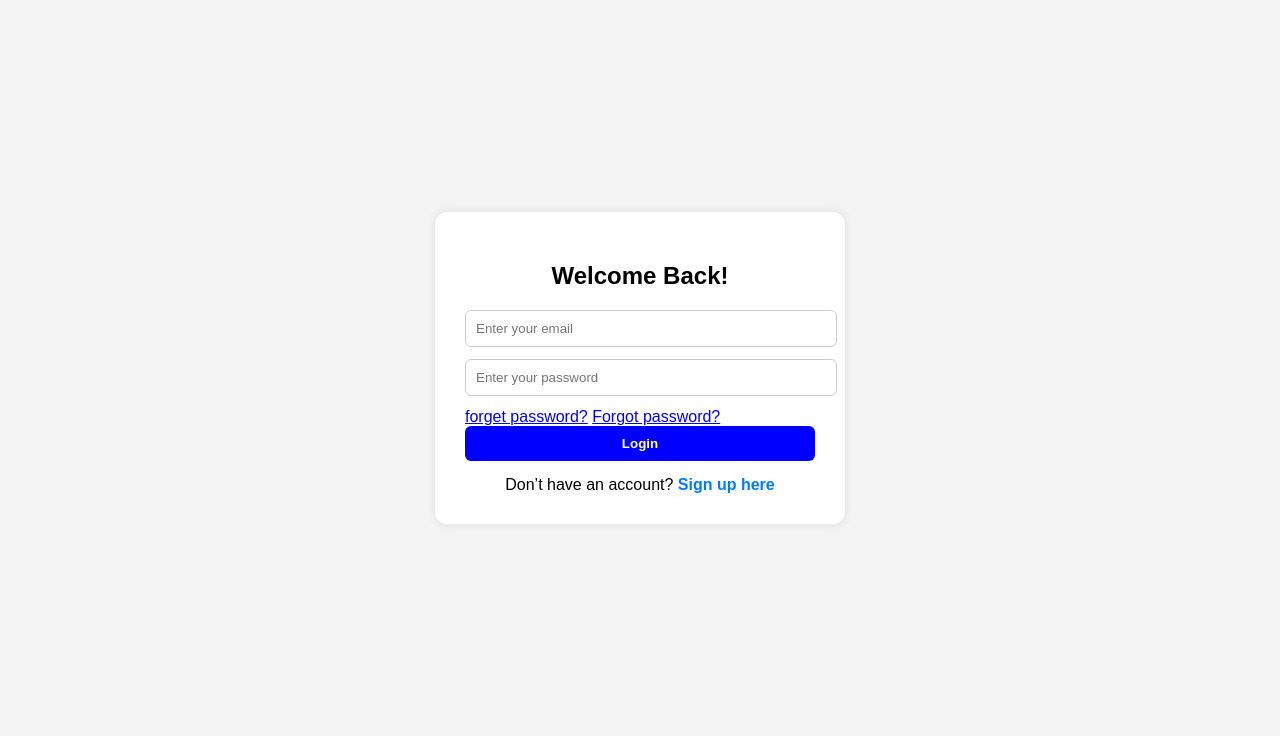
Repository: chennammal15saravanan/Super_Admin
Page: http://localhost/
The author's editor kept a copy of each file at every save. The page is drawn from the files as they stood at one save, then again after a run of saves.
The browser window is 1280 px wide. The pictures show the whole page.
The page is served by the project's application, run on Flask 3 (app.py).

Above is the page before, as saved 2025-06-14 11:14:30.

### templates/loginsignup.html
<!DOCTYPE html>
<html lang="en">
<head>
  <meta charset="UTF-8" />
  <meta name="viewport" content="width=device-width, initial-scale=1.0"/>
  <title>Login & Sign-Up</title>
  <link rel="stylesheet" type="text/css" href="{{ url_for('static', filename='css/login.css') }}">

<body>

  <div class="container">
    <!-- Login Form -->
    <form id="login-form">
      <h2>Welcome Back!</h2>
      <input type="email" id="login-email" placeholder="Enter your email" required />
      <input type="password" id="login-password" placeholder="Enter your password" required />
      <a hreflang="en" href="#" class  ="forget-password">forget password?</a>
      <a href="/forgot-password" class="forget-password">Forgot password?</a>

      <button type="submit">Login</button>
      <div class="toggle-text">
        Don’t have an account? <a onclick="showSignUp()">Sign up here</a>
      </div>
    </form>

    <!-- Sign-Up Form -->
    <form id="signup-form" class="hidden">
      <h2>Create Your Account</h2>
      <input type="text" id="signup-username" placeholder="Enter username" required />
      <input type="email" id="signup-email" placeholder="Enter your email" required />
      <input type="password" id="signup-password" placeholder="Create a password" required />
      <input type="password" id="signup-repassword" placeholder="Re-enter password" required />
      <div class="checkbox">
        <label><input type="checkbox" id="terms" required /> I agree to the Terms</label>
      </div>
      <button type="submit">Sign Up</button>
      <div class="toggle-text">
        Already have an account? <a onclick="showLogin()">Login here</a>
      </div>
    </form>
  </div>

  <script src="{{ url_for('static', filename='js/auth.js') }}"></script>
</body>
</html>

### app.py
from flask import Flask, request, jsonify, render_template
from flask_cors import CORS
import sqlite3
import hashlib

app = Flask(__name__, template_folder="templates")
CORS(app)

# ✅ Serve frontend HTML at root
@app.route("/")
def home():
    return render_template("loginsignup.html")  # Your login/signup page

# ✅ Dashboard route
@app.route("/dashboard")
def dashboard():
    return render_template("dashboard.html")  # Page after successful login

# ✅ Initialize SQLite DB
def init_db():
    conn = sqlite3.connect('users.db')
    c = conn.cursor()
    c.execute('''CREATE TABLE IF NOT EXISTS users (
        id INTEGER PRIMARY KEY AUTOINCREMENT,
        username TEXT,
        email TEXT UNIQUE,
        password TEXT
    )''')
    conn.commit()
    conn.close()

# ✅ Password hashing (SHA256)
def hash_password(password):
    return hashlib.sha256(password.encode()).hexdigest()

# ✅ Signup endpoint
@app.route('/signup', methods=['POST'])
def signup():
    data = request.json
    username = data['username']
    email = data['email']
    password = hash_password(data['password'])

    try:
        conn = sqlite3.connect('users.db')
        c = conn.cursor()
        c.execute("INSERT INTO users (username, email, password) VALUES (?, ?, ?)",
                  (username, email, password))
        conn.commit()
        return jsonify({'status': 'success', 'message': 'User registered successfully'})
    except sqlite3.IntegrityError:
        return jsonify({'status': 'error', 'message': 'Email already exists'})
    finally:
        conn.close()

# ✅ Login endpoint
@app.route('/login', methods=['POST'])
def login():
    data = request.json
    email = data['email']
    password = hash_password(data['password'])

    conn = sqlite3.connect('users.db')
    c = conn.cursor()
    c.execute("SELECT * FROM users WHERE email = ? AND password = ?", (email, password))
    user = c.fetchone()
    conn.close()

    if user:
        return jsonify({'status': 'success', 'message': f'Welcome back, {user[1]}!'})
    else:
        return jsonify({'status': 'error', 'message': 'Invalid email or password'})

# ✅ Start server
if __name__ == '__main__':
    init_db()
    app.run(debug=True)

### static/css/login.css
body {
  font-family: Arial, sans-serif;
  background-color: #f4f4f4;
  display: flex;
  justify-content: center;
  align-items: center;
  height: 100vh;
}

.container {
  width: 350px;
  background: #fff;
  padding: 30px;
  border-radius: 12px;
  box-shadow: 0 0 10px rgba(0,0,0,0.1);
}

h2 {
  text-align: center;
  margin-bottom: 20px;
}

input[type="text"],
input[type="email"],
input[type="password"] {
  width: 100%;
  padding: 10px;
  margin-bottom: 12px;
  border: 1px solid #ccc;
  border-radius: 6px;
}

button {
  width: 100%;
  padding: 10px;
  background-color: blue;
  border: none;
  color: white;
  font-weight: bold;
  border-radius: 6px;
  cursor: pointer;
}

.toggle-text {
  text-align: center;
  margin-top: 15px;
}

.toggle-text a {
  color: #007BFF;
  text-decoration: none;
  font-weight: bold;
  cursor: pointer;
}

.hidden {
  display: none;
}

.checkbox {
  text-align: left;
  font-size: 14px;
}

### static/js/auth.js
// Show Login Form
function showLogin() {
  document.getElementById("signup-form").classList.add("hidden");
  document.getElementById("login-form").classList.remove("hidden");
}

// Show Sign-Up Form
function showSignUp() {
  document.getElementById("login-form").classList.add("hidden");
  document.getElementById("signup-form").classList.remove("hidden");
}

// Login Form Submission
document.getElementById("login-form").addEventListener("submit", async function (e) {
  e.preventDefault();

  const email = document.getElementById("login-email").value;
  const password = document.getElementById("login-password").value;

  try {
    const response = await fetch("http://127.0.0.1:5000/login", {
      method: "POST",
      headers: { "Content-Type": "application/json" },
      body: JSON.stringify({ email, password })
    });

    const result = await response.json();

    if (result.status === "success") {
      alert("✅ " + result.message);
      window.location.href = "/dashboard";  // Redirect to dashboard
    } else {
      alert("❌ " + result.message);
    }

  } catch (error) {
    console.error("Login error:", error);
    alert("⚠️ Failed to connect to the server.");
  }
});

After the next 2 saves:
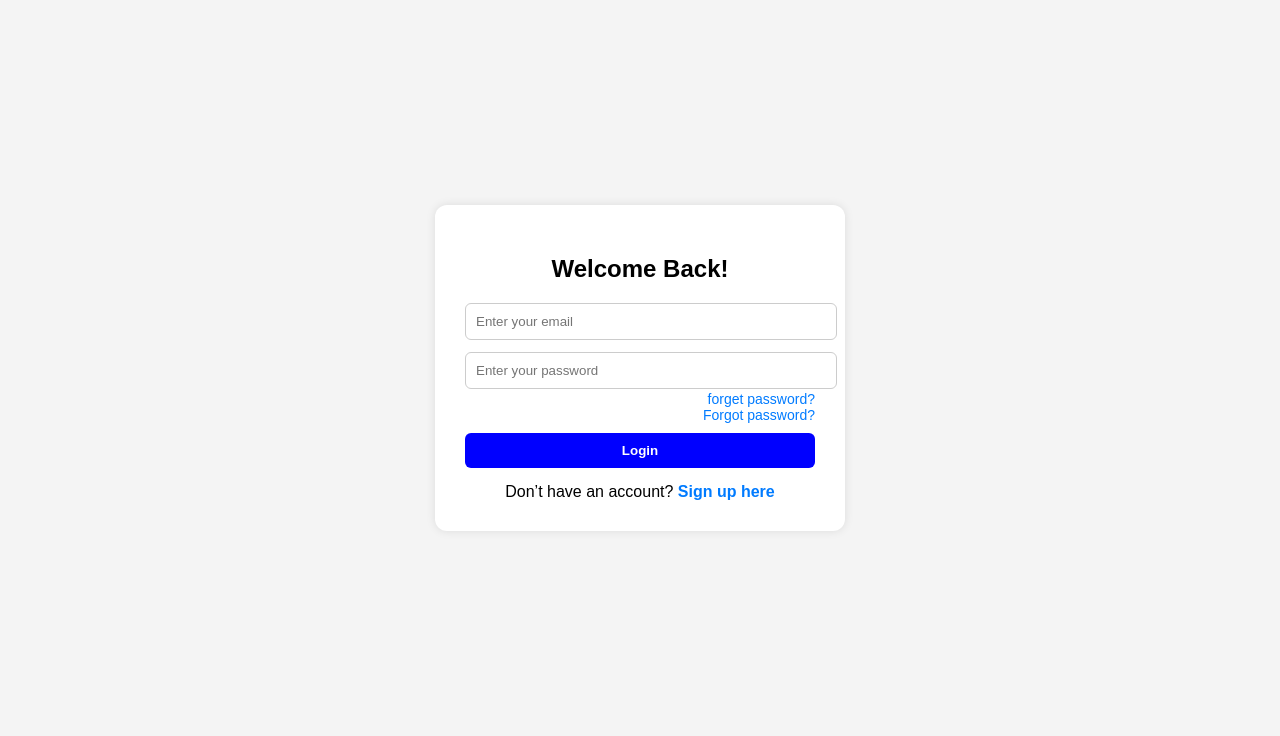
The 2 saves are shown as one change because they came seconds apart.
The last was saved 30 s later.
--- a/static/css/login.css
+++ b/static/css/login.css
@@ -29,6 +29,21 @@ input[type="password"] {
   border: 1px solid #ccc;
   border-radius: 6px;
 }
+.forget-password {
+  display: block;
+  text-align: right;
+  font-size: 14px;
+  margin-top: -10px;
+  margin-bottom: 10px;
+  color: #007BFF; /* Bootstrap blue */
+  text-decoration: none;
+}
+
+.forget-password:hover {
+  text-decoration: underline;
+  color: #0056b3;
+}
+
 
 button {
   width: 100%;
